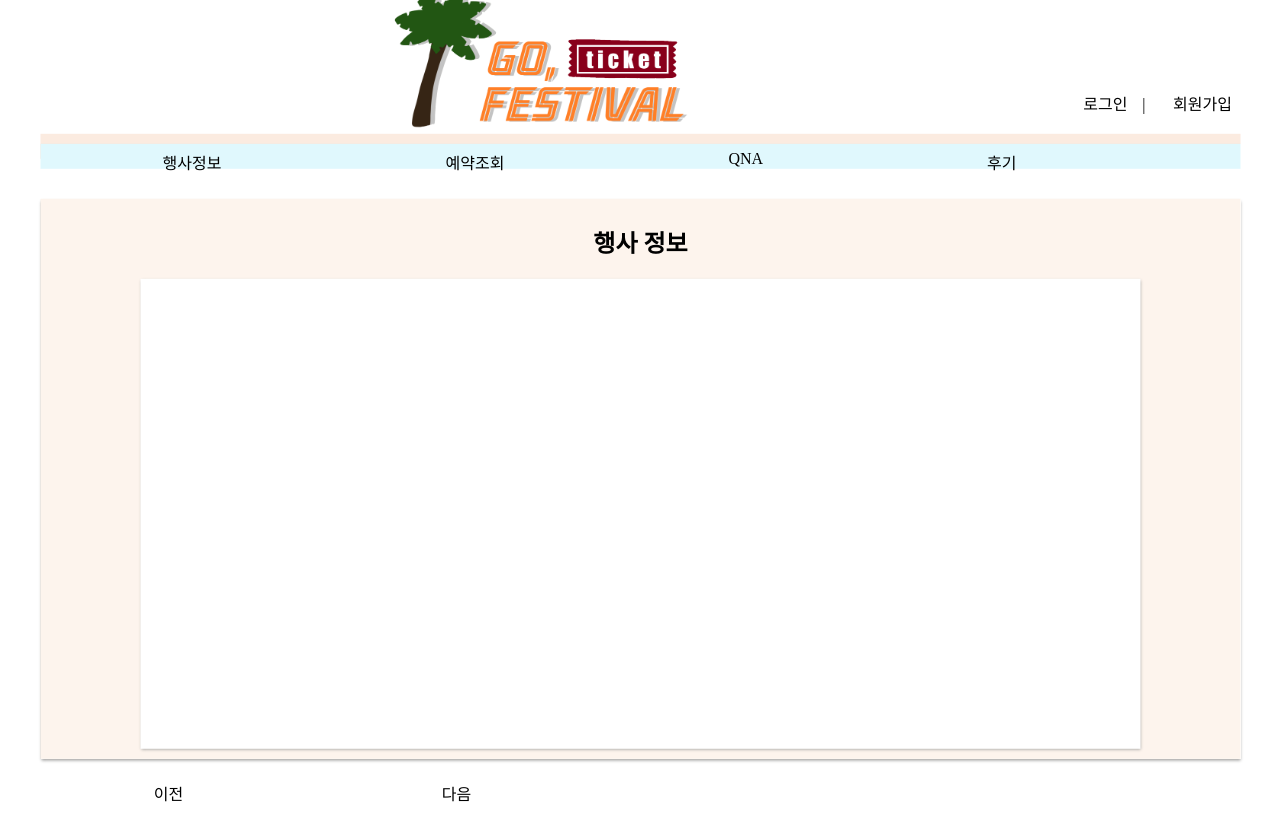
Repository: Changgyu1/Chang_Gu
Page: http://localhost/Project/home.jsp
These files come from the project's save history. The page is drawn as it stood at one moment and after the next save; the edit follows.
The browser window is 1280 px wide. The pictures show the whole page.
Some web fonts or font styles are not loaded; a fallback is used. The page is served by Tomcat 9. Other server files are loaded and not shown. Queries for data that is not in the repository find no rows.

Above is the page before, as saved 2023-11-14 02:24:16.

### Project/src/main/webapp/home.jsp
<%@ page language="java" contentType="text/html; charset=UTF-8"
	pageEncoding="UTF-8"%>
<%@ page import="java.util.ArrayList"%>
<%@ page import="java.util.List"%>
<%@ page import="park.event.EventPosting"%>
<%@ page import="park.event.EventPostingDAO"%>
<!DOCTYPE html>
<html lang="UTF-8">
<head>
<meta charset="UTF-8">
<meta name="viewport" content="width=device-width, initial-scale=1.0">
<title>홈페이지</title>
<link rel="stylesheet" href="./hjCss/main.css">
<link rel="stylesheet" href="./hjCss/reservationCss.css">

<script>
	function loginFail() {
		alert("로그인에 실패하였습니다.");
		window.location.href = "login.jsp";
	}
</script>

</head>
<body>
	<div id="wrapper">
		<!--로고이미지-->
		<img src="./image/로고1.png" id="logo">

		<!--로그인 버튼-->
		<div style="text-align: right; width: 1215px;">
			<%
			if (session.getAttribute("email") != null) {
			%>
			<button type="button" onclick="location.href='logout.jsp'"
				style="width: 75px;">로그아웃</button>
			<h>|</h>
			<button type="button"
				onclick="location.href='mypageServlet?email=<%=session.getAttribute("email")%>'"
				style="width: 100px;">마이페이지</button>

			<%
			} else {
			%>
			<button type="button" onclick="location.href='login.jsp'"
				style="width: 60px;">로그인</button>
			<h>|</h>
			<button type="button" onclick="location.href='join.jsp'"
				style="width: 100px;">회원가입</button>
			<%
			}
			%>

		</div>

		<!-- 메뉴바 -->
		<div id="buttons">
			<ul>
				<li onclick="location.href='review_list.jsp'">후기</li>
				<li onclick="location.href='Qna_List.jsp'">QNA</li>
				<li onclick="location.href='reservation_search.jsp'">예약조회</li>
				<li onclick="location.href='Event_List.jsp'">행사정보</li>
			</ul>
		</div>


		<!-- 가운데 가장 큰 박스 -->
		<div id="background">

			<h2 style="padding-top: 15px">행사 정보</h2>
			<!-- 안에 글넣는 하얀 박스-->
			<div id="reviewbox">


				<%
				int pageNumber = (request.getParameter("page") != null) ? Integer.parseInt(request.getParameter("page")) : 1;
				int pageSize = 1;
				//int pageNumber = Integer.parseInt(request.getParameter("page"));

				EventPostingDAO eventPaginationDAO = new EventPostingDAO();
				List<EventPosting> eventPagination = eventPaginationDAO.getAllProducts(pageNumber, pageSize);
				%>

				<%
				for (EventPosting p : eventPagination) {
				%>



				<div class="pagination">
					<div class="imagecenter">
						<a href="Event_Detal.jsp?event_number=<%=p.getEvent_number()%>">
							<img src="<%=p.getEvent_img()%>" class="pagination-img">
						</a>
					</div>
				</div>
				<%
				}
				%>


			</div>
		</div> <br>
			<%
						//1. 페이지네이션 링크를 생성해줄것이고, 링크는 page 값에 따라서 다르게 보일 것
						int totalEventList = eventPaginationDAO.getTotalProducts(); //전체 제품 가져오기
						int totalPages = (int) Math.ceil((double) totalEventList / pageSize);
						int count = 5;
						for (int i = 1; i <= totalPages; i++) {
						%>
						<a href="<%=request.getRequestURI()%>?page=<%=i%>"><%=i%></a>
						<%
						}
						%>

						<button id="pagination-before" name="pagination-before" onclick="pageBefore()">이전</button>  &nbsp;&nbsp;&nbsp;&nbsp;&nbsp;&nbsp;
						<button id="pagination-next" name="pagination-next" onclick="pageNext()">다음</button>
	</div>
	<%
	String loginError = (String) request.getAttribute("loginError");
	if (loginError != null) {
	%>
	<script>
		loginFail();
	</script>
	<%
	}
	%>
<script>
	var count = 0;
	function pageBefore(){
		if(count === -1){
			alert('이동 못해~~하지마 ! ㅅ');
		}else{
			--count;
			location.href="<%=request.getRequestURI()%>?page=count";
		}
	}
	function pageNext(){
		if(count === <%=totalEventList%>){
			alert('이동 못해~~하지마 ! ㅅ');
		}else{
			++count;
			location.href="<%=request.getRequestURI()%>?page=count";
		}
	}
</script>

</body>
</html>

### Project/src/main/java/park/event/EventPaginationUtil.java
package park.event;

public class EventPaginationUtil {
	public static int paginationStart(int pageNumber, int pageSize) {
		return (pageNumber - 1) * pageSize + 1;
	}

	public static int paginationEnd(int pageNumber, int pageSize) {
		return pageNumber * pageSize;
	}


	public static int paginationTotalPages(int totalItems, int pageSize) {
		return (int) Math.ceil((double)totalItems/pageSize);

	}

	public static int paginationBlockPage(int pageBlock, int pageSize) {
		return (int)(Math.ceil((double)pageSize/pageBlock));
	}
}

### Project/src/main/webapp/hjCss/main.css
@font-face {
    font-family: 'NanumSquareNeo-Variable';
    src: url('https://cdn.jsdelivr.net/gh/projectnoonnu/noonfonts_11-01@1.0/NanumSquareNeo-Variable.woff2') format('woff2');
    font-weight: normal;
    font-style: normal;
}

    *{
    font-family: 'NanumSquareNeo-Variable';
    }

     body{
 	   	 position: absolute;
            padding: 20px;
            top: 50%;
            left: 50%;
            transform: translate(-50%, -50%);
    }



    #logo{
        width:300px;
        margin-left:350px;
        margin-bottom:-56px;
        margin-top:50px;
    }


       #searchbox{
     margin-right:100px;
        }


    #buttons{
        background:rgba(150, 230, 248, 0.295);
        height: 25px;
        width: 1200px;
        box-shadow: 0px -10px 0px rgba(249, 220, 201, 0.575);
        margin-top: 25px;

    }

    button{
        border:none;
        background:none;
        margin: 3px;
        font-size: 16px;
        width: 250px;

    }

    #background{
        background-color:rgba(249, 220, 201, 0.326);
        width: 1200px;
        height: 550px;
        margin-top: 30px;

        box-shadow: 0px 2px 3px rgb(161, 160, 159);
        padding-top:10px;

    }



    #reviewbox{

    	padding-top:20px;
    	max-width: 1000px;
        height: 450px;
        margin-left:auto;
        margin-right:auto;
        background-color: #ffffff;
        text-align:center;
        box-shadow: 0px 1px 3px rgb(161, 160, 159);
        margin-top : 20px;


    }


    #review{
    margin:10px;
    width:700px;
    height:250px;

    }

    #review_title{
    margin:10px;
     width:700px;
    height:30px;

    }



    h2{
    font-family: 'NanumSquareNeo-Variable';
 	margin-top:0px;
    text-align: center;
    }


    #list{

            background-color: rgba(149, 150, 149, 0.055);
            border: 1px solid gray;
            border-collapse: collapse;
            padding: 10px;
            width:900px;
            text-align: center;
            margin-left:auto;
   			margin-right:auto;

        }


        th{

            background-color: rgba(161, 161, 161, 0.377);

        }

        th,td{

            border: 1px solid gray;
            padding: 10px;
        }

        #textbox{
        margin-right:100px;
        }

ul{
	list-style:none;
}

### Project/src/main/webapp/hjCss/reservationCss.css


/* 입력 필드 스타일 */
input[type="text"],
input[type="email"],
 input[type="password"]{
    width: 30%;
    padding: 10px;
    margin-bottom: 15px;
    border: 1px solid #ccc;
    border-radius: 5px;
}

ul{
		list-style:none;
	}
	li{
		float:right;
		margin: 6px 224px 0px 0;
	}

Loaded but not shown: Project/src/main/java/park/event/EventPostingDAO.java (349 lines, source omitted)

After the next save:
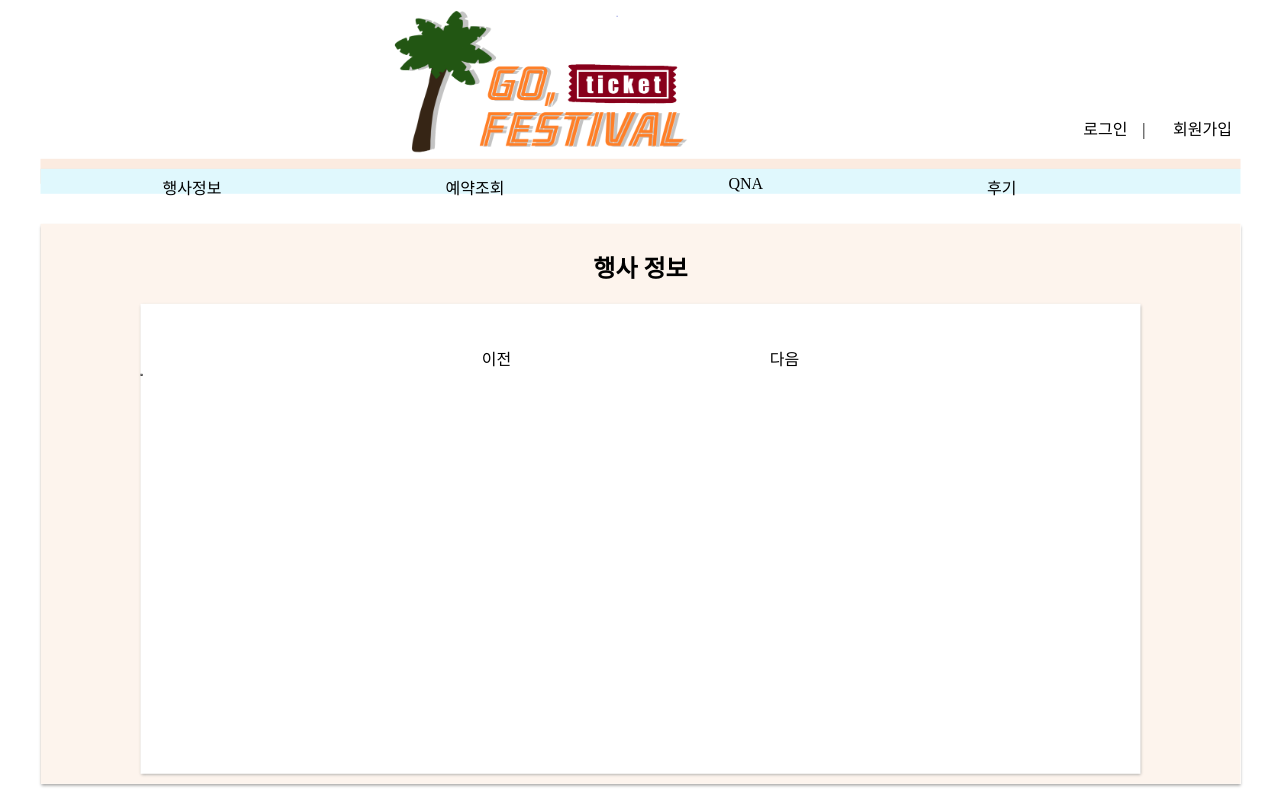
Saved 95 s later.
--- a/Project/src/main/webapp/home.jsp
+++ b/Project/src/main/webapp/home.jsp
@@ -70,7 +70,7 @@
 			<!-- 안에 글넣는 하얀 박스-->
 			<div id="reviewbox">
 
-
+<table border="1">
 				<%
 				int pageNumber = (request.getParameter("page") != null) ? Integer.parseInt(request.getParameter("page")) : 1;
 				int pageSize = 1;
@@ -114,6 +114,7 @@
 
 						<button id="pagination-before" name="pagination-before" onclick="pageBefore()">이전</button>  &nbsp;&nbsp;&nbsp;&nbsp;&nbsp;&nbsp;
 						<button id="pagination-next" name="pagination-next" onclick="pageNext()">다음</button>
+						</table>
 	</div>
 	<%
 	String loginError = (String) request.getAttribute("loginError");

After the save that followed:
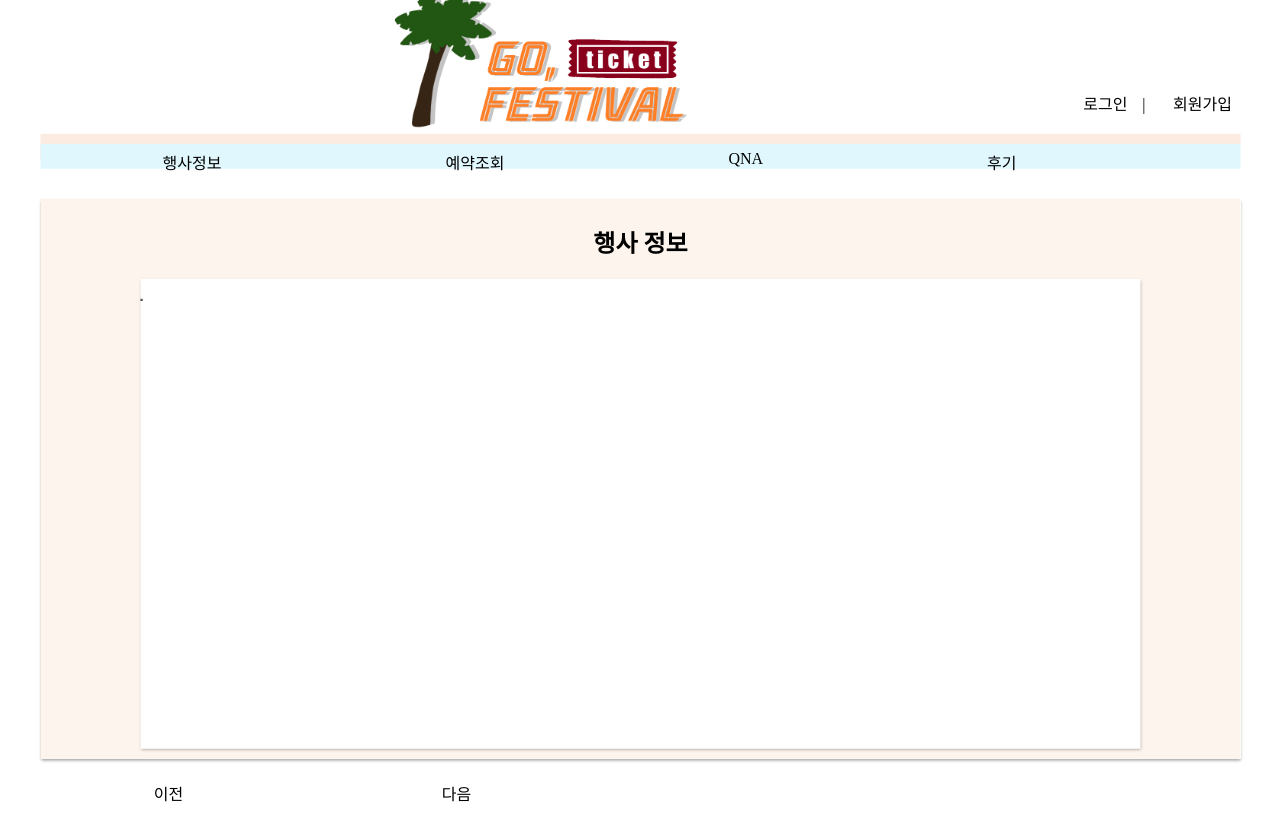
Console error: SyntaxError: Invalid or unexpected token
Saved 31 s later.
--- a/Project/src/main/webapp/home.jsp
+++ b/Project/src/main/webapp/home.jsp
@@ -70,51 +70,54 @@
 			<!-- 안에 글넣는 하얀 박스-->
 			<div id="reviewbox">
 
-<table border="1">
-				<%
-				int pageNumber = (request.getParameter("page") != null) ? Integer.parseInt(request.getParameter("page")) : 1;
-				int pageSize = 1;
-				//int pageNumber = Integer.parseInt(request.getParameter("page"));
+				<table border="1">
+					<%
+					int pageNumber = (request.getParameter("page") != null) ? Integer.parseInt(request.getParameter("page")) : 1;
+					int pageSize = 1;
+					//int pageNumber = Integer.parseInt(request.getParameter("page"));
 
-				EventPostingDAO eventPaginationDAO = new EventPostingDAO();
-				List<EventPosting> eventPagination = eventPaginationDAO.getAllProducts(pageNumber, pageSize);
-				%>
+					EventPostingDAO eventPaginationDAO = new EventPostingDAO();
+					List<EventPosting> eventPagination = eventPaginationDAO.getAllProducts(pageNumber, pageSize);
+					%>
 
-				<%
-				for (EventPosting p : eventPagination) {
-				%>
+					<%
+					for (EventPosting p : eventPagination) {
+					%>
 
 
 
-				<div class="pagination">
-					<div class="imagecenter">
-						<a href="Event_Detal.jsp?event_number=<%=p.getEvent_number()%>">
-							<img src="<%=p.getEvent_img()%>" class="pagination-img">
-						</a>
+					<div class="pagination">
+						<div class="imagecenter">
+							<a href="Event_Detal.jsp?event_number=<%=p.getEvent_number()%>">
+								<img src="<%=p.getEvent_img()%>" class="pagination-img">
+							</a>
+						</div>
 					</div>
-				</div>
-				<%
-				}
-				%>
+					<%
+					}
+					%>
+				</table>
+			</div>
+		</div>
+		<br>
+		<%
+		//1. 페이지네이션 링크를 생성해줄것이고, 링크는 page 값에 따라서 다르게 보일 것
+		int totalEventList = eventPaginationDAO.getTotalProducts(); //전체 제품 가져오기
+		int totalPages = (int) Math.ceil((double) totalEventList / pageSize);
+		int count = 5;
+		for (int i = 1; i <= totalPages; i++) {
+		%>
+		<a href="<%=request.getRequestURI()%>?page=<%=i%>"><%=i%></a>
+		<%
+		}
+		%>
 
-
-			</div>
-		</div> <br>
-			<%
-						//1. 페이지네이션 링크를 생성해줄것이고, 링크는 page 값에 따라서 다르게 보일 것
-						int totalEventList = eventPaginationDAO.getTotalProducts(); //전체 제품 가져오기
-						int totalPages = (int) Math.ceil((double) totalEventList / pageSize);
-						int count = 5;
-						for (int i = 1; i <= totalPages; i++) {
-						%>
-						<a href="<%=request.getRequestURI()%>?page=<%=i%>"><%=i%></a>
-						<%
-						}
-						%>
-
-						<button id="pagination-before" name="pagination-before" onclick="pageBefore()">이전</button>  &nbsp;&nbsp;&nbsp;&nbsp;&nbsp;&nbsp;
-						<button id="pagination-next" name="pagination-next" onclick="pageNext()">다음</button>
-						</table>
+		<button id="pagination-before" name="pagination-before"
+			onclick="pageBefore()">이전</button>
+		&nbsp;&nbsp;&nbsp;&nbsp;&nbsp;&nbsp;
+		<button id="pagination-next" name="pagination-next"
+			onclick="pageNext()">다음</button>
+		</table>
 	</div>
 	<%
 	String loginError = (String) request.getAttribute("loginError");
@@ -126,7 +129,7 @@
 	<%
 	}
 	%>
-<script>
+	<script>
 	var count = 0;
 	function pageBefore(){
 		if(count === -1){
@@ -141,10 +144,11 @@
 			alert('이동 못해~~하지마 ! ㅅ');
 		}else{
 			++count;
-			location.href="<%=request.getRequestURI()%>?page=count";
+			location.href="<%=request.getRequestURI()%>
+		?page=count";
+			}
 		}
-	}
-</script>
+	</script>
 
 </body>
 </html>
